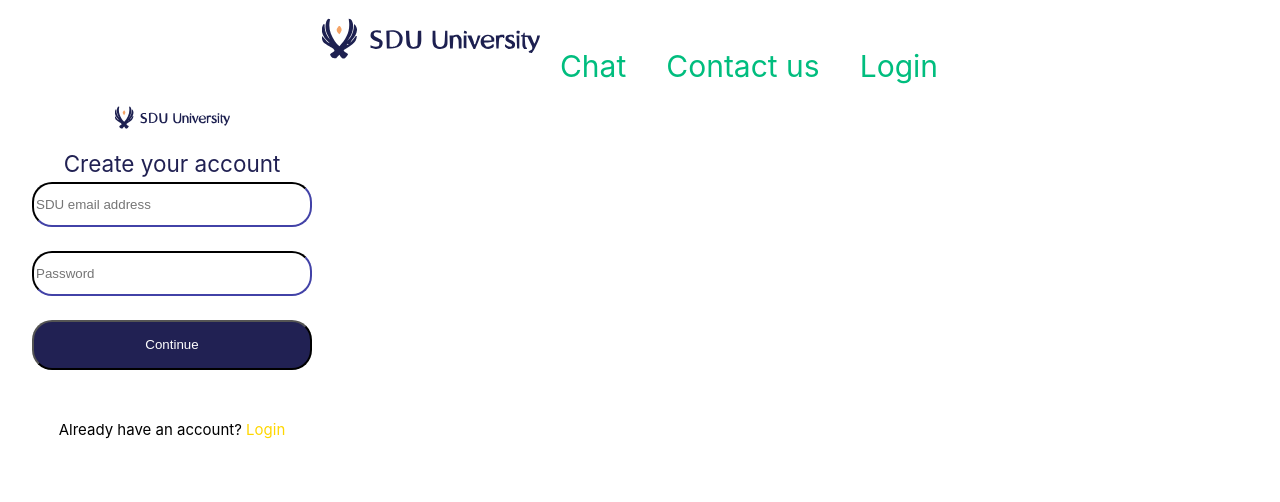
Repository: tolepbekova/Community_v.l
Page: /sign
The author's editor kept a copy of each file at every save. The page is drawn from the files as they stood at one save, then again after the next save.
The browser window is 1280 px wide. The pictures show the whole page.
The project was rebuilt for these pictures with package versions that can differ from the ones it lists, and the page was loaded fresh each time. Also part of the build but not shown: vite.config.js, src/components/HelloWorld.vue, src/views/Login.vue. Imported but missing from the stored project, and not drawn on this page: src/views/Change.vue.

Above is the page before, as saved 2024-05-10 03:21:47.

After the next save:
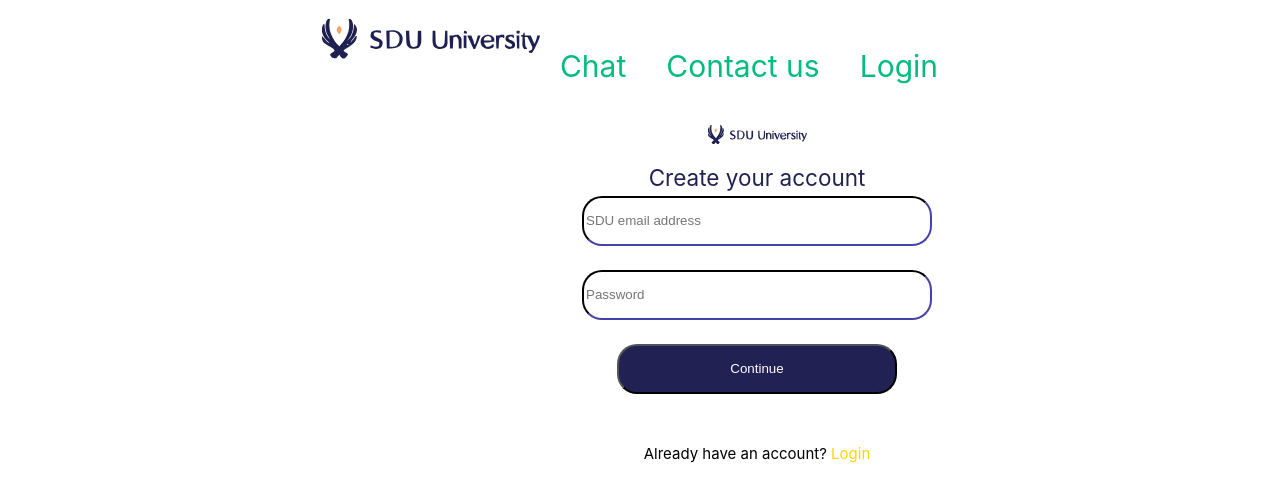
Saved 2 min 1 s later.
--- a/src/views/Signin.vue
+++ b/src/views/Signin.vue
@@ -56,118 +56,121 @@
 
 <style scoped>
 h1 {
-  color: rgba(33, 33, 83, 1);
+    color: rgba(33, 33, 83, 1);
 }
 
 #header {
-  display: flex;
-  align-items: center;
-  justify-content: space-around;
-  padding: 20px 80px;
+    display: flex;
+    align-items: center;
+    justify-content: space-around;
+    padding: 20px 80px;
 
 }
 
 #header img {
-  width: 218px;
-  height: 77px;
+    width: 218px;
+    height: 77px;
 }
 
 #navbar {
-  display: flex;
-  align-items: center;
-  justify-content: center;
+    display: flex;
+    align-items: center;
+    justify-content: center;
 }
 
 #navbar li {
-  list-style: none;
-  padding: 0 20px;
+    list-style: none;
+    padding: 0 20px;
 }
 
 #navbar li a {
-  text-decoration: none;
-  font-size: 30px;
-  color: rgba(33, 33, 83, 1);
-  transition: 0.3s ease;
+    text-decoration: none;
+    font-size: 30px;
+    color: rgba(33, 33, 83, 1);
+    transition: 0.3s ease;
 }
 
 #navnar li a:hover {
-  color: rgb(237, 237, 167);
+    color: rgb(237, 237, 167);
 }
 
 .abrow {
-  margin: 0 auto;
-  display: block;
-  text-align: center;
+    margin: 20px auto;
+    display: block;
+    text-align: center;
+    margin-left: 550px;
 }
 
 .abcolu {
-  margin: 0 auto;
-  display: block;
-  text-align: center;
+    margin: 0 auto;
+    display: block;
+    text-align: center;
 }
 
 img {
-  width: 115px;
+    max-width: 99px;
+    max-height: 99px;
 }
 
+
 .abp {
-  margin: 0 auto;
-  display: block;
-  width: 670px;
-  height: 100px;
+    margin: 0 auto;
+    display: block;
+    width: 670px;
+    height: 100px;
 }
 
 .icon {
-  width: 24px;
-  height: 24px;
+    width: 24px;
+    height: 24px;
 }
 
 .btn {
-  background-color: rgba(33, 33, 83, 1);
-  border-radius: 20px;
-  width: 280px;
-  height: 50px;
-  color: #ffffff;
+    background-color: rgba(33, 33, 83, 1);
+    border-radius: 20px;
+    width: 280px;
+    height: 50px;
+    color: #ffffff;
 }
 
 input {
-  border-radius: 20px;
-  width: 280px;
-  height: 45px;
-  border-color: rgba(33, 33, 83, 1);
+    border-radius: 20px;
+    width: 350px;
+    height: 50px;
+    border-color: rgba(33, 33, 83, 1);
 }
 
 a {
-  color: gold;
+    color: gold;
 }
 
 .lbtn1 {
-  margin: 0 auto;
-  display: block;
-  width: 266px;
-  height: 48px;
-  border-radius: 30px;
-  color: rgba(33, 33, 83, 1);
-  background-color: rgba(253, 211, 149, 1);
-  border: none;
-  font-size: 15px;
-  font-family: Cambria, Cochin, Georgia, Times, 'Times New Roman', serif;
-  font-weight: bold;
+    margin: 0 auto;
+    display: block;
+    width: 266px;
+    height: 48px;
+    border-radius: 30px;
+    color: rgba(33, 33, 83, 1);
+    background-color: rgba(253, 211, 149, 1);
+    border: none;
+    font-size: 15px;
+    font-family: Cambria, Cochin, Georgia, Times, 'Times New Roman', serif;
+    font-weight: bold;
 
 }
 
 .lbtn2 {
-  margin: 0 auto;
-  display: block;
-  width: 266px;
-  height: 48px;
-  border-radius: 30px;
-  color: rgba(33, 33, 83, 1);
-  background-color: rgba(253, 211, 149, 1);
-  border: none;
-  font-size: 15px;
-  font-family: Cambria, Cochin, Georgia, Times, 'Times New Roman', serif;
-  font-weight: bold;
+    margin: 0 auto;
+    display: block;
+    width: 266px;
+    height: 48px;
+    border-radius: 30px;
+    color: rgba(33, 33, 83, 1);
+    background-color: rgba(253, 211, 149, 1);
+    border: none;
+    font-size: 15px;
+    font-family: Cambria, Cochin, Georgia, Times, 'Times New Roman', serif;
+    font-weight: bold;
 
 }
 </style>
